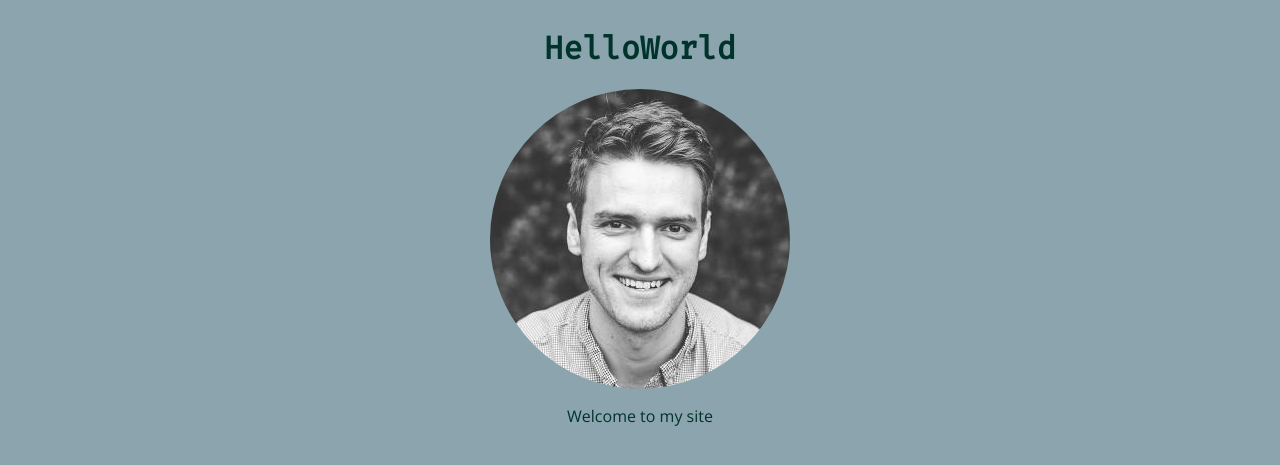
Repository: milespossing/Personal-Page
Page: index.html
These files come from the project's save history. The page is drawn as it stood at one moment and after the next save; the edit follows.
The browser window is 1280 px wide. The pictures show the whole page.

Above is the page before, as saved 2019-09-19 21:20:11.

### index.html
<head>
    <link rel="stylesheet" type="text/css" href="Styles/style.css"/>
    <link href="https://fonts.googleapis.com/css?family=Fira+Mono|Open+Sans&display=swap" rel="stylesheet">
</head>
<body>
    <div class="Site-Header">
        <h1 class="code">HelloWorld</h1>
        <div>
            <img src="Images/simple-headshot.jpeg" class="Display-Picture"/>
        </div>
    </div>
    <p>Welcome to my site</p>
</body>

### Styles/style.css
body {
    display: flex;
    flex-direction: column;
    align-content: center;
    align-items: center;
    background: #8ba4ae;
    color: #00332b;
    font-family: 'Open Sans', sans-serif;
}

.site-header {
    display: flex;
    flex-direction: column;
    align-items: center;
    justify-items: right;
}

.code {
    font-family: 'Fira Mono', monospace;
}

.display-picture {
    border-radius: 50%;
}

After the next save:
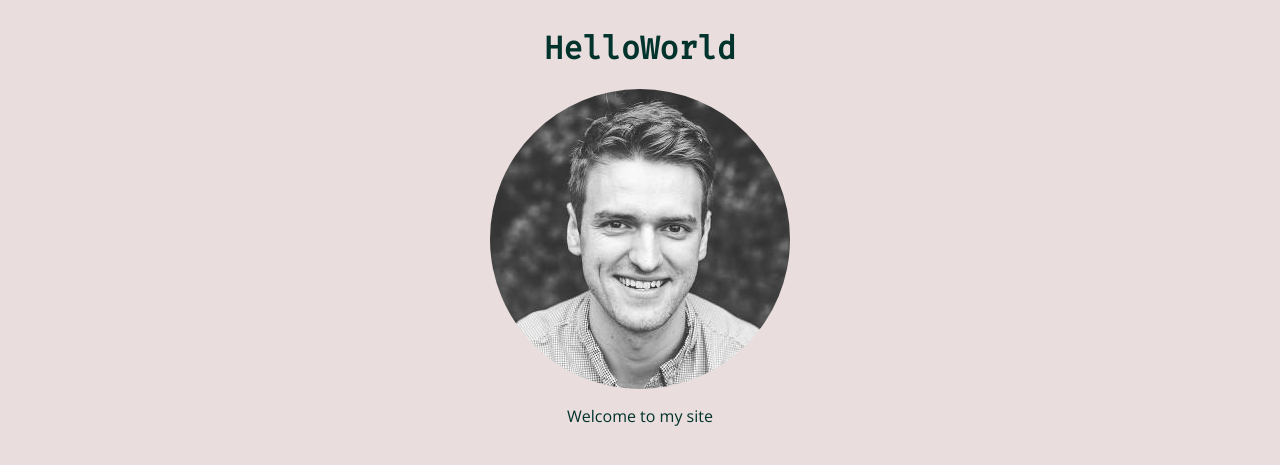
Saved 33 s later.
--- a/Styles/style.css
+++ b/Styles/style.css
@@ -3,7 +3,7 @@ body {
     flex-direction: column;
     align-content: center;
     align-items: center;
-    background: #8ba4ae;
+    background: #e9dddd;
     color: #00332b;
     font-family: 'Open Sans', sans-serif;
 }
